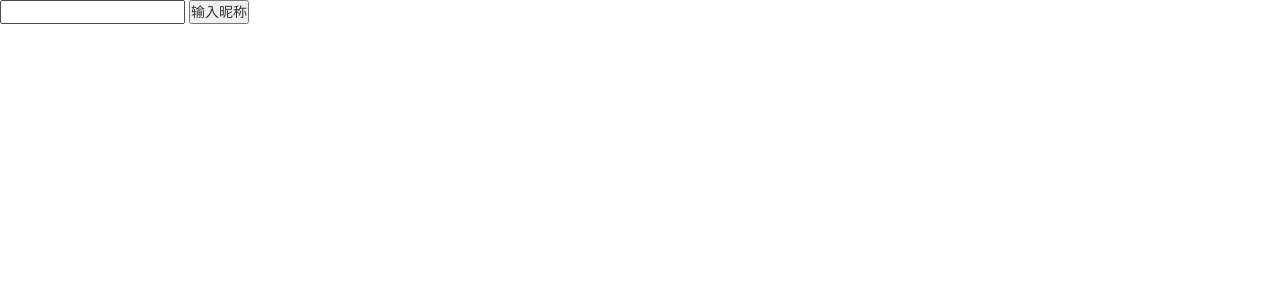
Repository: wyy511/node-socket.io
Page: client.html
These files come from the project's save history. The page is drawn as it stood at one moment and after the next save; the edit follows.
The browser window is 1280 px wide. The pictures show the whole page.
The page's requests for data from a server got no answer. Some web libraries are served in a nearby version.

Above is the page before, as saved 2019-11-20 23:28:22.
Console error (its wording comes from the project's code and is left out).

### client.html
<!DOCTYPE html>
<html lang="en">
<head>
  <meta charset="UTF-8">
  <meta name="viewport" content="width=device-width, initial-scale=1.0">
  <meta http-equiv="X-UA-Compatible" content="ie=edge">
  <title>吴瑶瑶的聊天室</title>
  <style>
    *{
      margin: 0;
      padding: 0;
    }
    #msgBox {
      display: none;
    }
  </style>
  <!-- 最新版本的 Bootstrap 核心 CSS 文件 -->
<link rel="stylesheet" href="https://cdn.jsdelivr.net/npm/bootstrap@3.3.7/dist/css/bootstrap.min.css" integrity="sha384-BVYiiSIFeK1dGmJRAkycuHAHRg32OmUcww7on3RYdg4Va+PmSTsz/K68vbdEjh4u" crossorigin="anonymous">
<!-- 最新的 Bootstrap 核心 JavaScript 文件 -->
<script src="https://cdn.jsdelivr.net/npm/bootstrap@3.3.7/dist/js/bootstrap.min.js" integrity="sha384-Tc5IQib027qvyjSMfHjOMaLkfuWVxZxUPnCJA7l2mCWNIpG9mGCD8wGNIcPD7Txa" crossorigin="anonymous"></script>
</head>
<body>
  <div id="nameBox">
    <input id="name" />
    <button id="nameBtn">输入昵称</button>
  </div>
  <div id="msgBox">
    <input id="msg" onkeydown="enterChart(event)" />
    <button id="msgBtn" onclick="sendChart()">发送内容</button>
  </div>
  <script type="text/javascript" src="https://cdn.bootcss.com/socket.io/2.3.0/socket.io.js"></script>
  <script type="text/javascript">
    var socket = io.connect('ws://172.19.162.86:3000');
    var name = '';
    var userId = '';
    const msgBtn = document.getElementById('msgBtn');
    const msgEl = document.getElementById('msg');
    const nameBtn = document.getElementById('nameBtn');
    const nameEl = document.getElementById('name');
    const msgBox = document.getElementById('msgBox');
    const nameBox = document.getElementById('nameBox');
    nameBtn.onclick = () => {
      const val = nameEl.value;
      if (!val) return;
      name = val;
      socket.emit('changeName', name);
      nameEl.value = '';
      nameBox.style.display = 'none';
      msgBox.style.display = 'block';
    }
    // 如果客户端监听到socket消息，那么执行这个方法里的回调，且得到广播的消息
    socket.on("changeName", data => {
      console.log(data)
      var p = document.createElement("p");
      userId = data.userId;
      p.innerText = data.msg;
      document.body.appendChild(p);
    })
    function enterChart (e) {
      if (e.keyCode === 13) {
        sendChart();
      }
    }
    function sendChart () {
      const val = msgEl.value;
      if (!val) return;
      msgEl.value = '';
      socket.emit('chat', {
        userId,
        name,
        msg: val
      });
    }
    // 如果客户端监听到socket消息，那么执行这个方法里的回调，且得到广播的消息
    socket.on("chat", (data) => {
      var p = document.createElement("p");
      p.innerText = data.msg;
      document.body.appendChild(p);
    })
  </script>
</body>
</html>

After the next save:
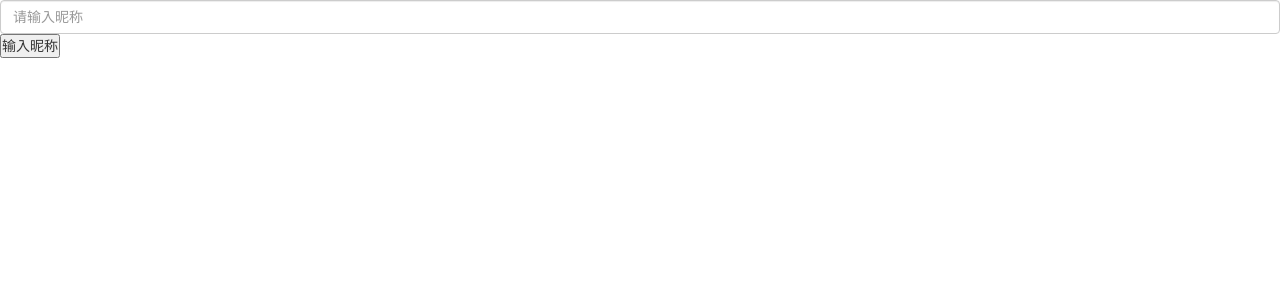
Saved 2 min 30 s later.
--- a/client.html
+++ b/client.html
@@ -21,7 +21,7 @@
 </head>
 <body>
   <div id="nameBox">
-    <input id="name" />
+    <input id="name" class="form-control" type="text" placeholder="请输入昵称">
     <button id="nameBtn">输入昵称</button>
   </div>
   <div id="msgBox">
